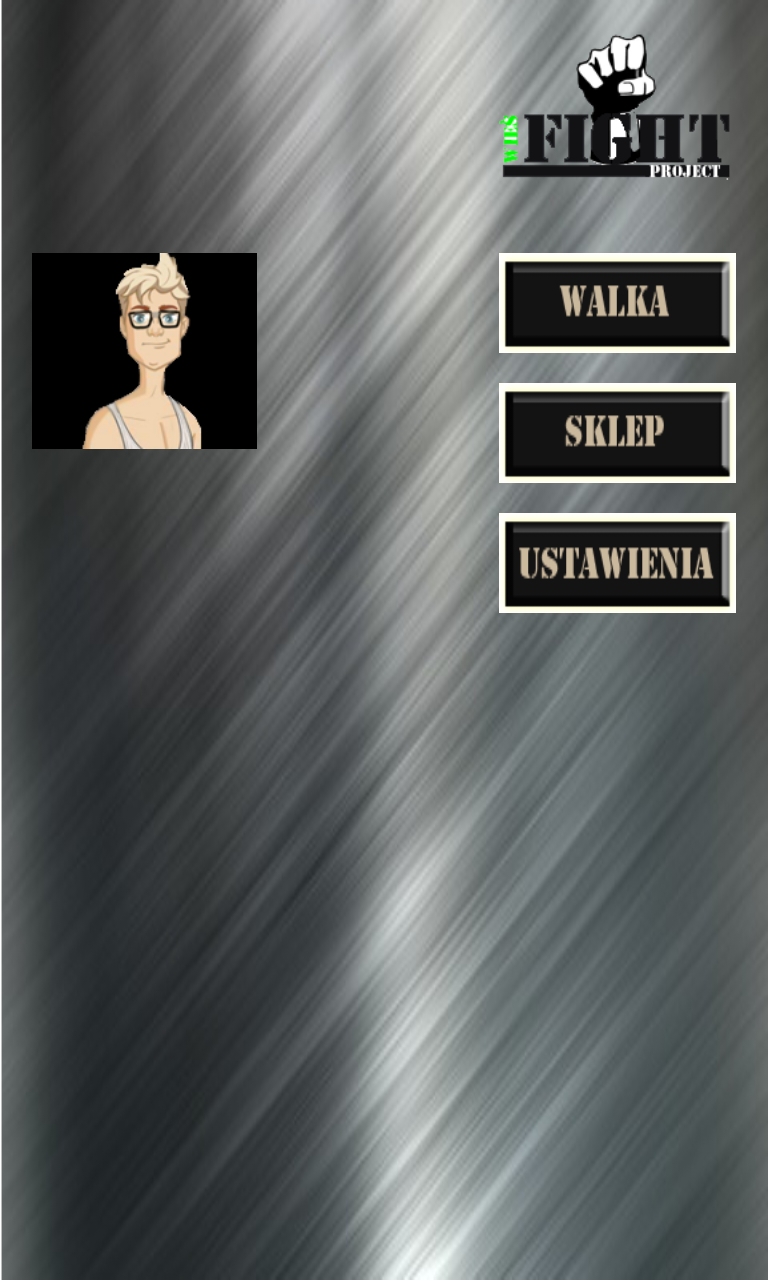
Repository: KrzysztofWolinski/WiesFight_Project
Layout: WiesFight/res/layout/activity_main.xml
These files come from the project's save history. The layout is drawn as it stood at one moment and after the next save; the edit follows.
It is drawn on a 768 x 1280 px phone screen (xhdpi) without system bars, with theme AppTheme; the app's code is not run.

Above is the layout before, as saved 2014-11-04 19:40:14.

After the next save:
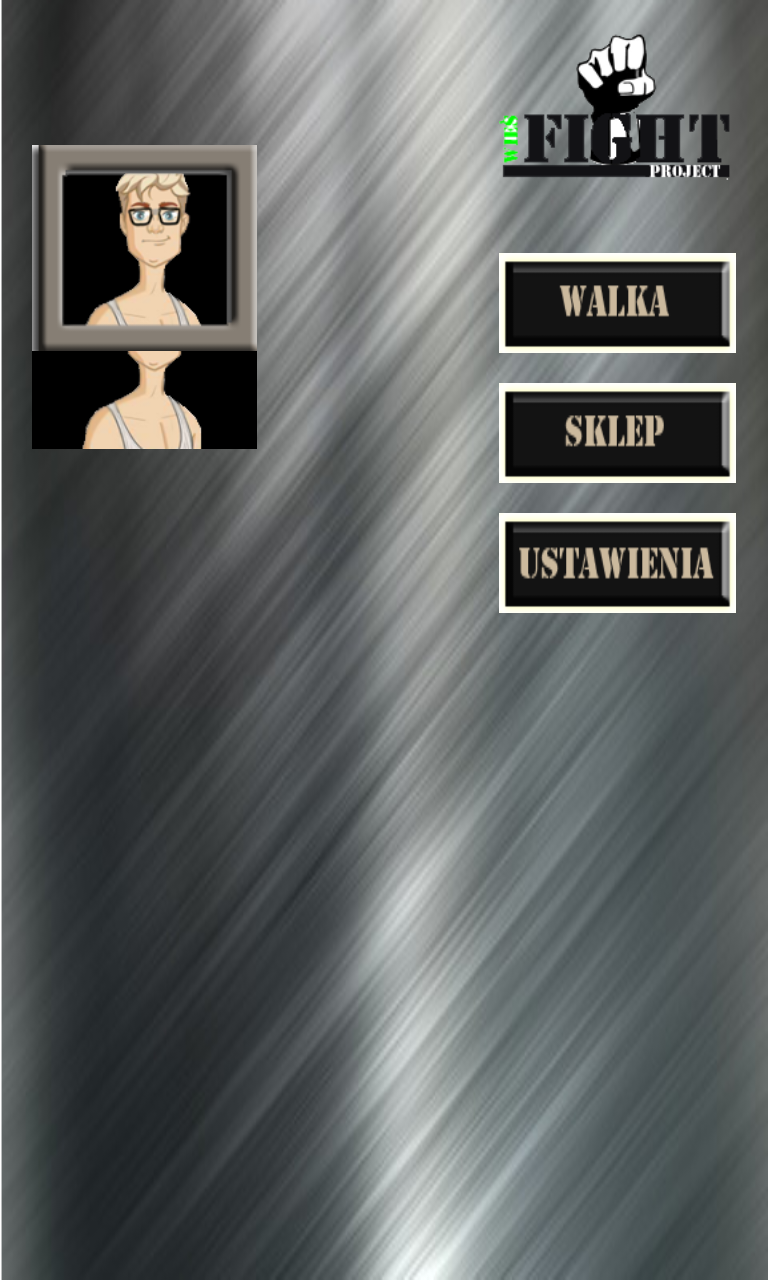
Saved 86 s later.
--- a/WiesFight/res/layout/activity_main.xml
+++ b/WiesFight/res/layout/activity_main.xml
@@ -67,6 +67,31 @@
         android:src="@drawable/informatyk"
         android:contentDescription="@string/avatar" />
 
+     <FrameLayout
+	    android:layout_width="wrap_content"
+	    android:layout_height="wrap_content"
+	    android:layout_above="@+id/lblClass"
+        android:layout_marginTop="40dp"
+	    android:layout_toRightOf="@+id/ibtnLeft"
+	    android:layout_toLeftOf="@+id/ibtnRight" >
+
+	    <ImageView
+	        android:id="@+id/imgAvatarMain"
+	        android:layout_width="fill_parent"
+	        android:layout_height="wrap_content"
+	        android:contentDescription="@string/avatar"
+	        android:src="@drawable/informatyk"
+	        android:layout_gravity="center" />
+
+	    <ImageView
+	        android:id="@+id/imgFrame"
+	        android:layout_width="fill_parent"
+	        android:layout_height="136dp"
+	        android:contentDescription="@string/ramka"
+	        android:src="@drawable/ramka" />
+
+    </FrameLayout>
+
     <TextView
         android:id="@+id/lblUsername"
         android:layout_width="wrap_content"
